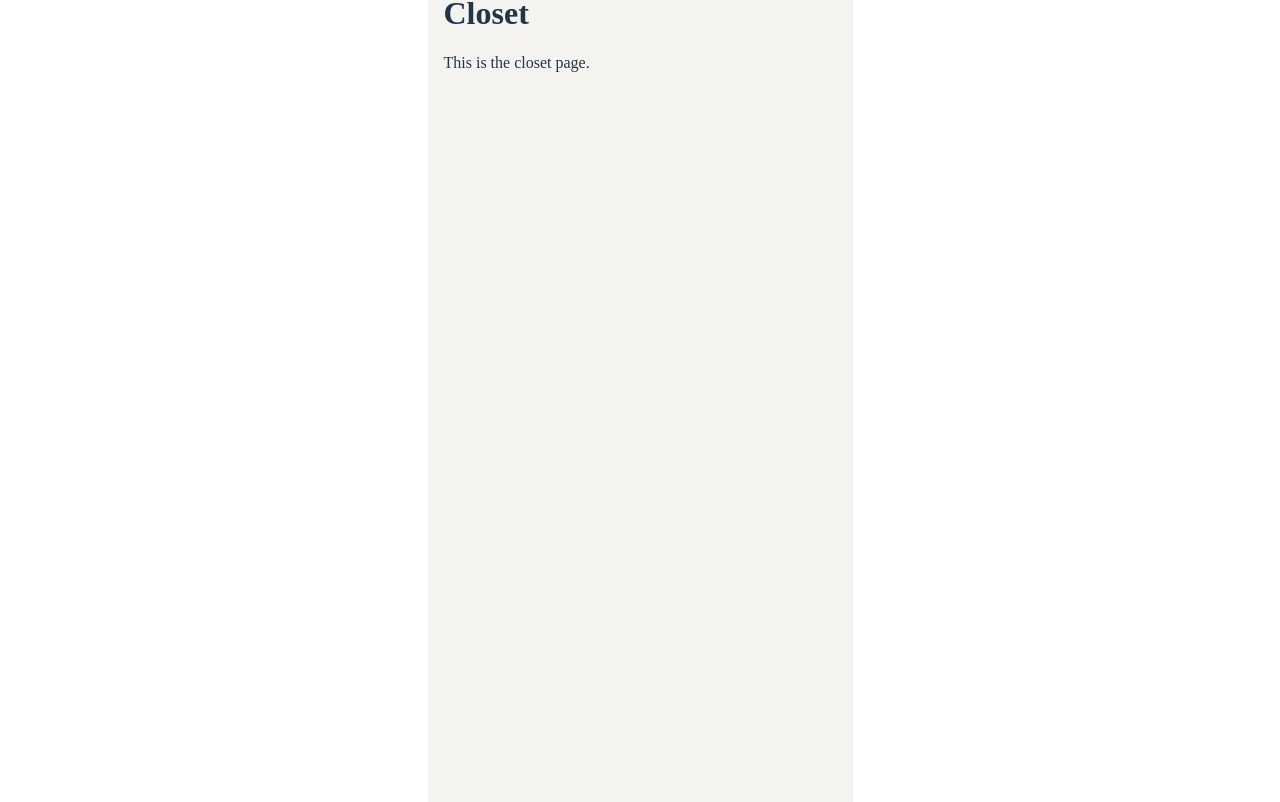
Repository: Strawb3rryjam/app-slotion
Page: /closet
These files come from the project's save history. The page is drawn as it stood at one moment and after a run of saves; the edit follows.
The browser window is 1280 px wide. The pictures show the whole page.
The project was rebuilt for these pictures with package versions that can differ from the ones it lists, and the page was loaded fresh each time. Also part of the build but not shown: vite.config.js, src/App.css, src/css/NavBar.module.css. Imported but missing from the stored project, and not drawn on this page: src/pages/Home.

Above is the page before, as saved 2025-05-05 09:02:22.

After the next 3 saves:
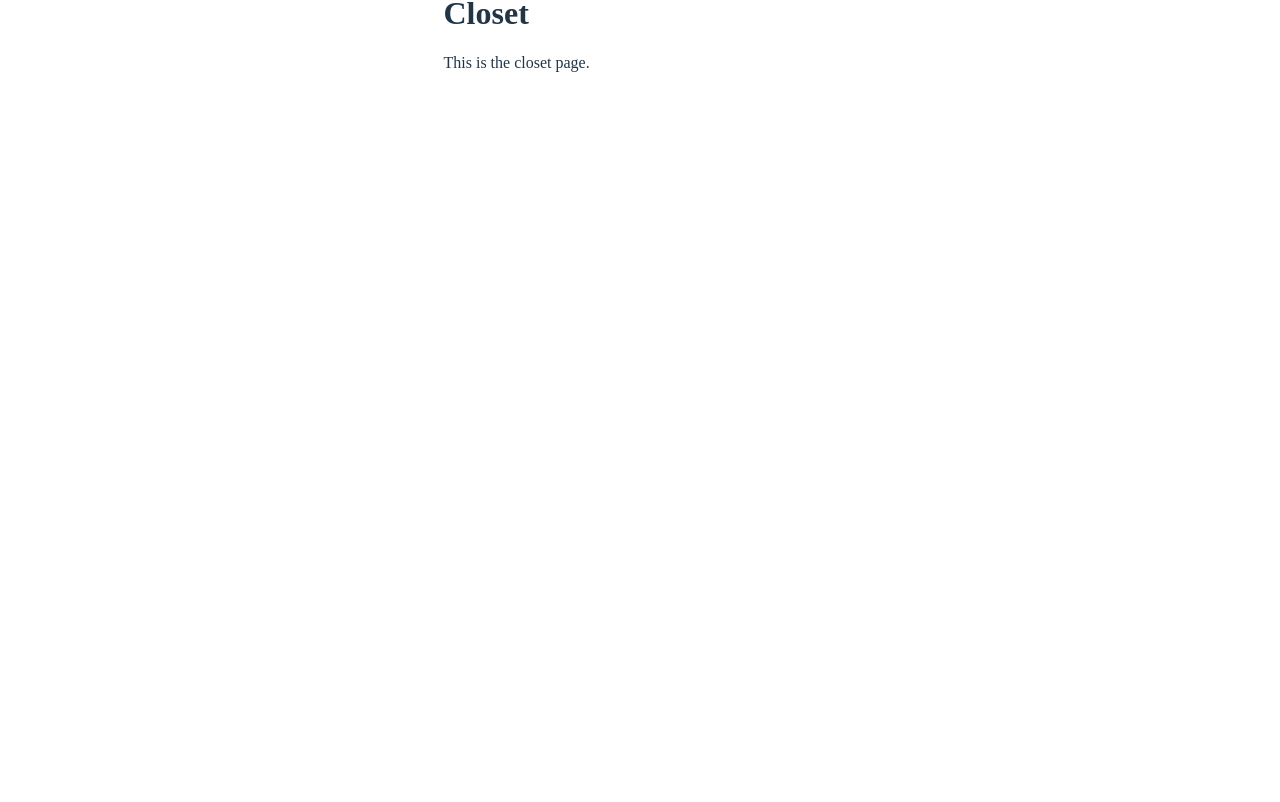
The 3 saves are shown as one change because they came seconds apart.
The last was saved 18 s later.
--- a/src/index.css
+++ b/src/index.css
@@ -7,7 +7,6 @@
   min-height: 852px;
   padding: 16px;
   margin: 0 auto;
-  background-color: #F5F3EF;
 }
 
 
@@ -16,14 +15,12 @@
   display: flex;
   align-items: center;       /* vertical center */
   justify-content: center;   /* horizontal center */
-  background-color: #DADADA; /* this is the background around your app */
 }
 
 
 @media (prefers-color-scheme: light) {
   :root {
     color: #213547;
-    background-color: #ffffff;
   }
   a:hover {
     color: #747bff;

After the 2 saves that followed:
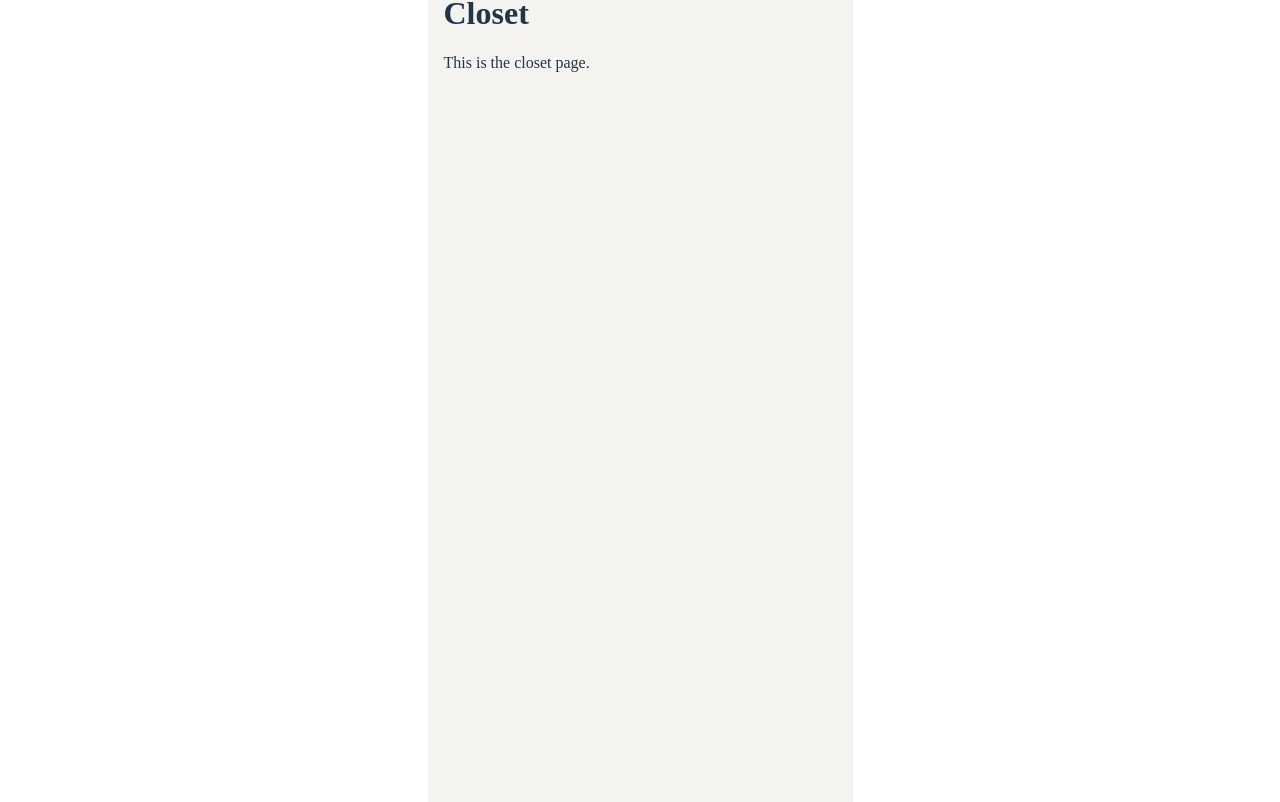
The 2 saves are shown as one change because 1 left the picture as it was.
The last was saved 21 s later.
--- a/src/index.css
+++ b/src/index.css
@@ -7,6 +7,7 @@
   min-height: 852px;
   padding: 16px;
   margin: 0 auto;
+  background-color: #F5F3EF;
 }
 
 
@@ -15,12 +16,14 @@
   display: flex;
   align-items: center;       /* vertical center */
   justify-content: center;   /* horizontal center */
+  background-color: #DADADA; /* this is the background around your app */
 }
 
 
 @media (prefers-color-scheme: light) {
   :root {
     color: #213547;
+    background-color: #ffffff;
   }
   a:hover {
     color: #747bff;
